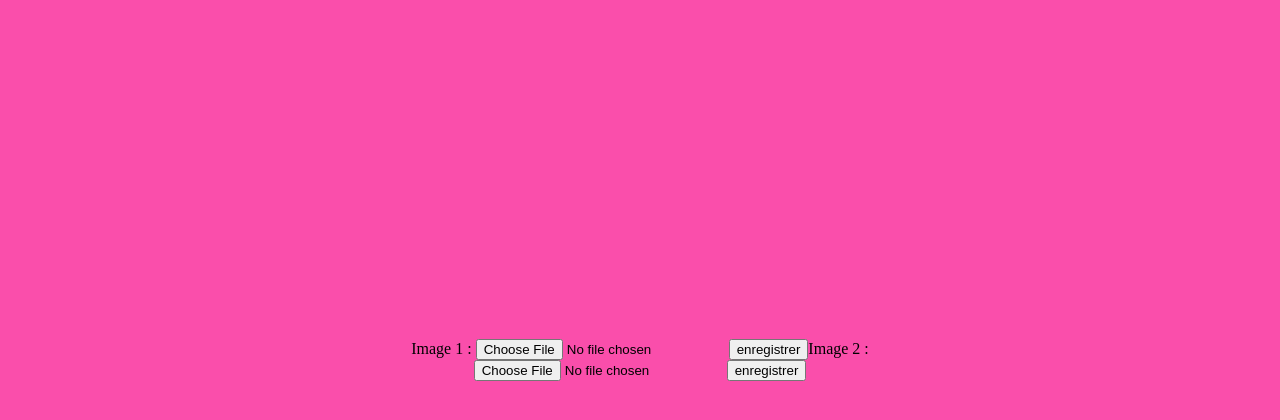
Repository: Lucas-Cassan/img-assembler
Page: / (app in frontend/)
These files come from the project's save history. The page is drawn as it stood at one moment and after the next save; the edit follows.
The browser window is 1280 px wide. The pictures show the whole page.
The project was rebuilt for these pictures with package versions that can differ from the ones it lists, and the page was loaded fresh each time.

Above is the page before, as saved 2022-02-02 14:55:14.

### frontend/src/index.js
import React from "react";
import ReactDOM from "react-dom";
import "./styles/index.scss";
import App from "./App";

ReactDOM.render(
  <React.StrictMode>
    <App />
  </React.StrictMode>,
  document.getElementById("root"),
);

### frontend/src/styles/index.scss
html{
    padding: 0;
    margin: 0;

    body{
        padding: 0;
        margin: 0;
        width: 100vw;
        height: 100vh;
        overflow: hidden;
        display: flex;
        justify-content: center;
        align-items: center;
        background-color: #FA4EAB;

        #root{
            width: 100%;
            height: 100%;
            display: flex;
            justify-content: center;
            align-items: center;
            flex-direction: column;

            #img{

            }
            form{

            }
        }

    }
}

### frontend/src/App.js
import React from "react";
import Fusiooooon from "./pages/Fusiooooon";

const App = () => {
  return (
    <>
      <Fusiooooon />
    </>
  );
};

export default App;

### frontend/src/pages/Fusiooooon.js
import React, { useState } from "react";
import axios from "axios";

const Fusiooooon = () => {
  const [file1, setFile1] = useState();
  const [file2, setFile2] = useState();

  const handleSubmit = (e) => {
    e.preventDefault();

    console.log(file1);
    const data = new FormData();
    data.append("file", file1);

    axios({
      method: "post",
      url: `http://localhost:5000/img/merge`,
      data,
    })
      .then((res) => console.log(res))
      .catch((err) => console.log(err));
  };

  const handleSubmit2 = (e) => {
    e.preventDefault();

    console.log(file1);
    const data = new FormData();
    data.append("file", file2);

    axios({
      method: "post",
      url: `http://localhost:5000/img/merge`,
      data,
    })
      .then((res) => console.log(res))
      .catch((err) => console.log(err));
  };

  return (
    <>
      <div id="image"></div>
      <form action="" onSubmit={handleSubmit}>
        <label htmlFor="">Image 1 : </label>
        <input
          type="file"
          name="file"
          id="file"
          accept=".jpg, .jpeg, .png"
          onChange={(e) => setFile1(e.target.files[0])}
        />
        <input type="submit" value="enregistrer" />
        <label htmlFor="">Image 2 : </label>
      </form>
      <form action="" onSubmit={handleSubmit2}>
        <input
          type="file"
          name="file"
          id="file"
          accept=".jpg, .jpeg, .png"
          onChange={(e) => setFile2(e.target.files[0])}
        />
        <input type="submit" value="enregistrer" />
      </form>
    </>
  );
};

export default Fusiooooon;

Loaded but not shown: frontend/public/index.html (common file)

After the next save:
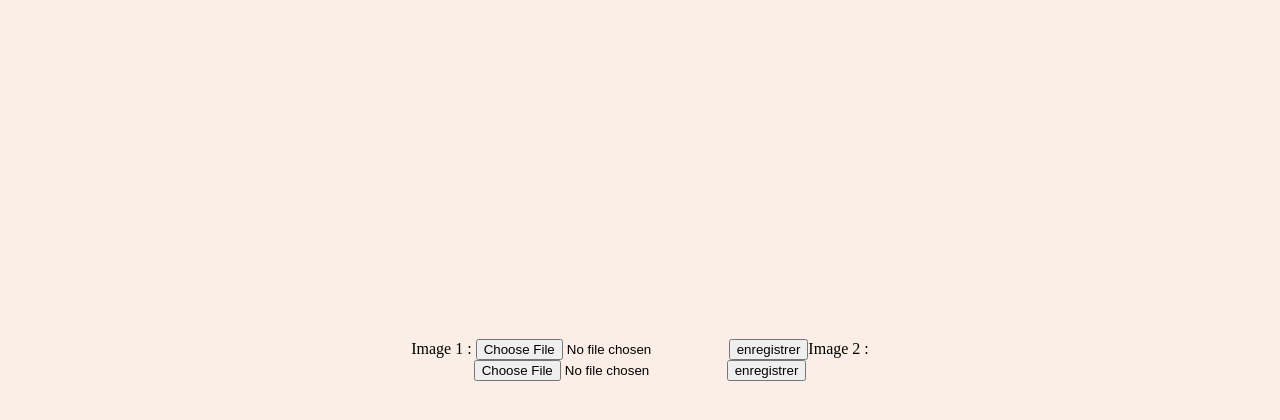
Saved 98 s later.
--- a/frontend/src/styles/index.scss
+++ b/frontend/src/styles/index.scss
@@ -11,7 +11,7 @@ html{
         display: flex;
         justify-content: center;
         align-items: center;
-        background-color: #FA4EAB;
+        background-color: #FAEEE7;
 
         #root{
             width: 100%;
